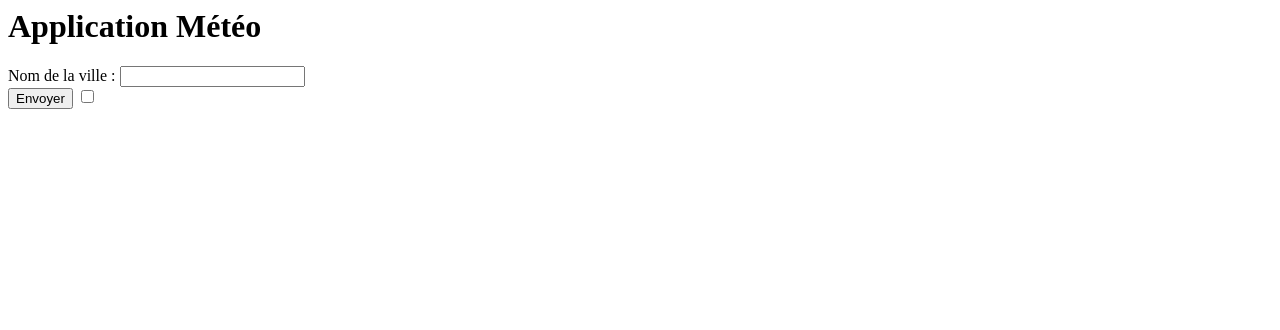
Repository: IFATech-Metz/dev-log-4
Page: projet.html
An editor plug-in stored every save of this project. The page is shown before and after the next save, followed by the edit.
The browser window is 1280 px wide. The pictures show the whole page.
The page's requests for data from a server got no answer.

Above is the page before, as saved 2019-01-21 11:44:46.

After the next save:
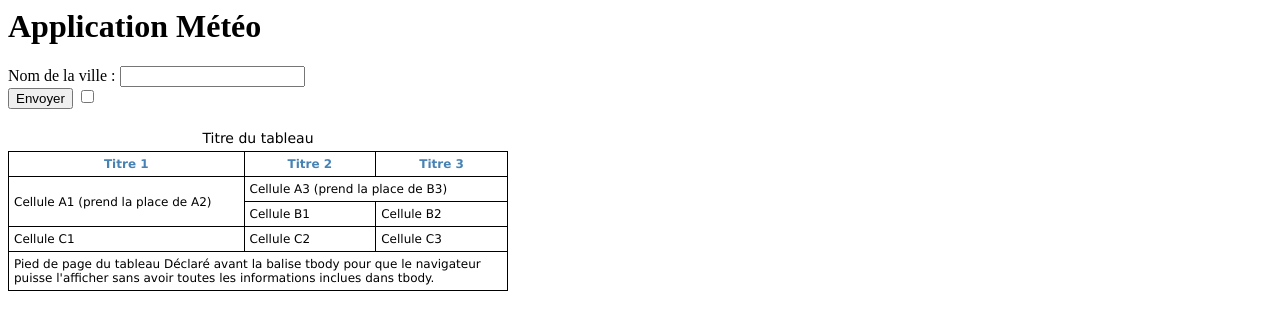
Saved 8 h 25 min later.
--- a/projet.html
+++ b/projet.html
@@ -20,6 +20,48 @@
 
         <div id="meteo">
         </div>
+        <table rules="all" cellpadding="5px" style="width:500px; border:solid 1px black; font-family:verdana; font-size:12px;">
+            <caption style="margin:5px; font-size:14px;">Titre du tableau</caption>
+            <thead>
+               <tr style="color:steelblue;">
+                  <th>Titre 1</th>
+                  <th>Titre 2</th>
+                  <th>Titre 3</th>
+               </tr>
+            </thead>
+            <tfoot>
+               <tr>
+                  <td colspan="3">
+                  Pied de page du tableau
+                  Déclaré avant la balise tbody pour que le navigateur puisse l'afficher
+                  sans avoir toutes les informations inclues dans tbody.
+                  </td>
+               </tr>
+            </tfoot>
+            <tbody>
+               <tr>
+                  <td rowspan="2">Cellule A1 (prend la place de A2)</td>
+                  <td colspan="2">Cellule A3 (prend la place de B3)</td>
+               </tr>
+               <tr>
+                  <td>Cellule B1</td>
+                  <td>Cellule B2</td>
+               </tr>
+               <tr>
+                  <td>Cellule C1</td>
+                  <td>Cellule C2</td>
+                  <td>Cellule C3</td>
+               </tr>
+            </tbody>
+         </table>
+
+
+
+
+
+
+
+
         <div id="latitude">
         </div>
         <div id="longitude">
